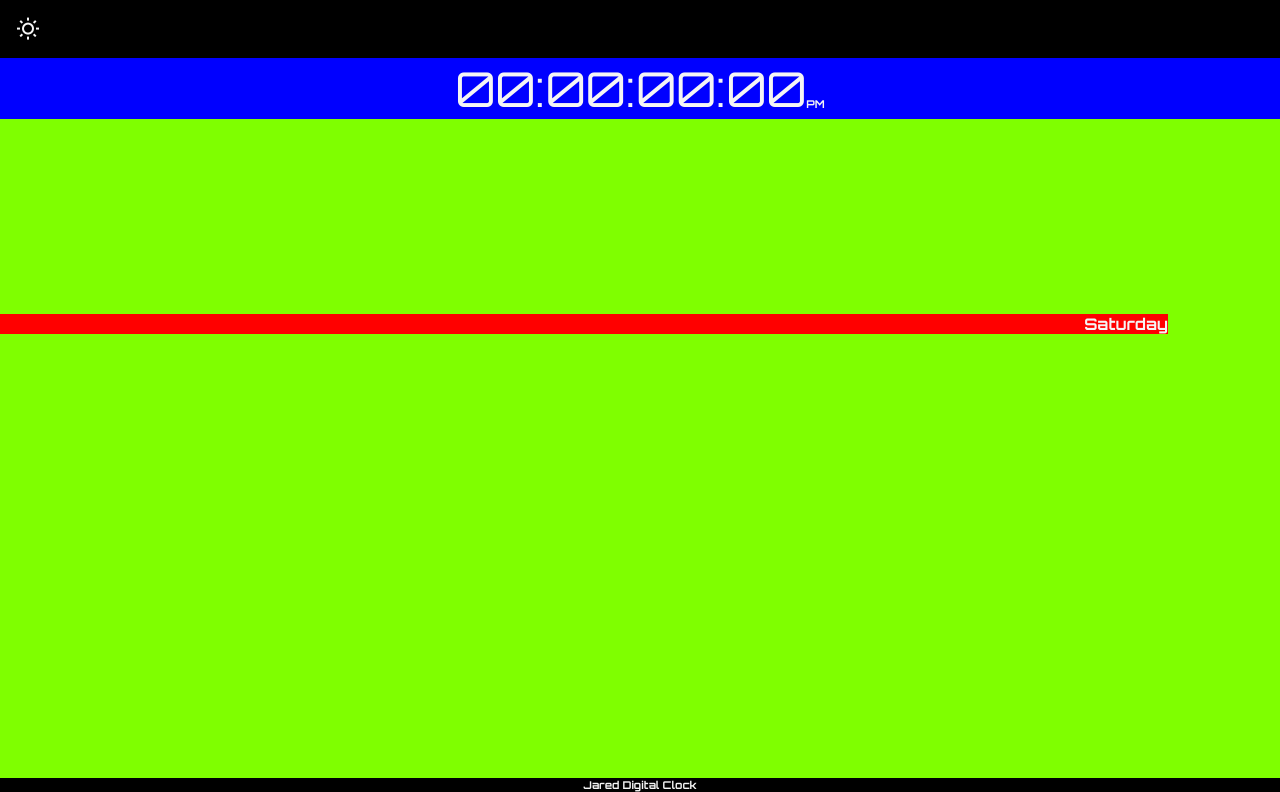
Repository: EguJaredoBoyd/Jared-Digital-Clock
Page: index.html
These files come from the project's save history. The page is drawn as it stood at one moment and after the next save; the edit follows.
The browser window is 1280 px wide. The pictures show the whole page.
Some web libraries are served in a nearby version.

Above is the page before, as saved 2026-01-04 22:25:41.

After the next save:
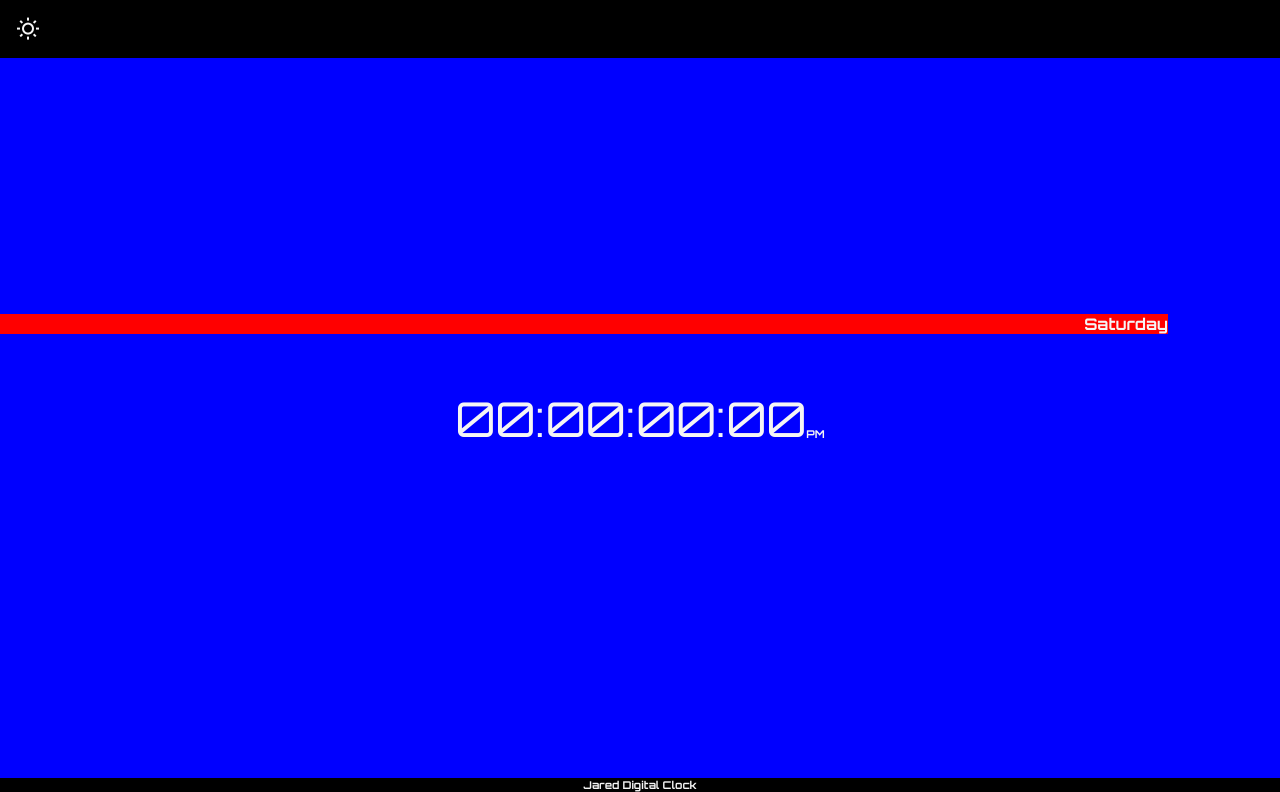
Saved 27 s later.
--- a/css/styles.css
+++ b/css/styles.css
@@ -57,17 +57,12 @@ header button i {
   max-width: 100%;
 }
 
-main {
-  background-color: chartreuse;
-  height: 100vh;
-}
-
 .watch-container {
   display: flex;
   flex-direction: column;
   justify-content: center;
   align-items: center;
-  /* height: 100vh; */
+  height: 100vh;
   width: 100%;
   max-width: 100%;
   position: relative;
